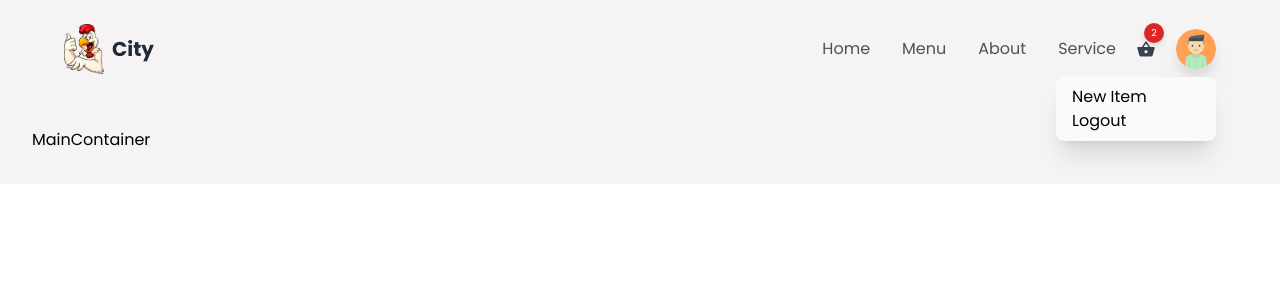
Repository: shikubro90/foodApp
Page: /
These files come from the project's save history. The page is drawn as it stood at one moment and after a run of saves; the edit follows.
The browser window is 1280 px wide. The pictures show the whole page.
The project was rebuilt for these pictures with package versions that can differ from the ones it lists, and the page was loaded fresh each time. Also part of the build but not shown: src/Components/CreateContainer.jsx.

Above is the page before, as saved 2022-09-21 19:28:16.

After the next 7 saves:
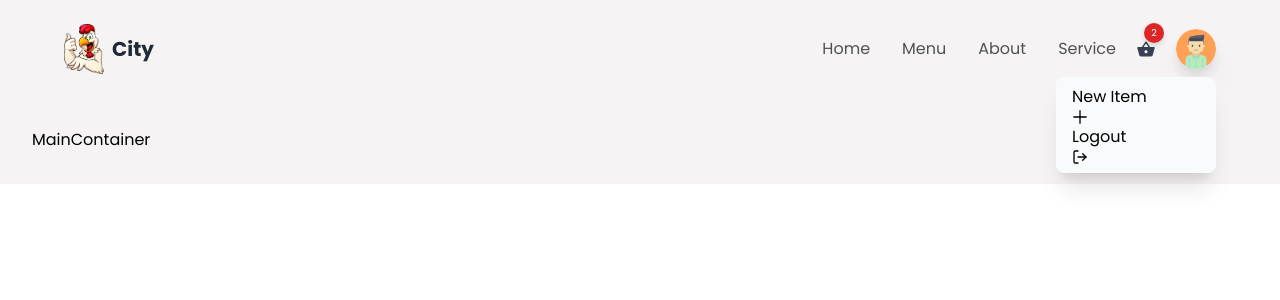
The 7 saves are shown as one change because they came seconds apart.
The last was saved 16 s later.
--- a/src/Components/Header.jsx
+++ b/src/Components/Header.jsx
@@ -90,8 +90,8 @@ const Header = () => {
               onClick={login}
             />
             <div className='w-40 shadow-xl absolute bg-gray-50 right-0 top-12 rounded-lg flex flex-col px-4 py-2'>
-              <p>New Item </p>
-              <p>Logout</p>
+              <p>New Item <GrAdd/></p>
+              <p>Logout <FiLogOut/></p>
             </div>
 
           </div>
